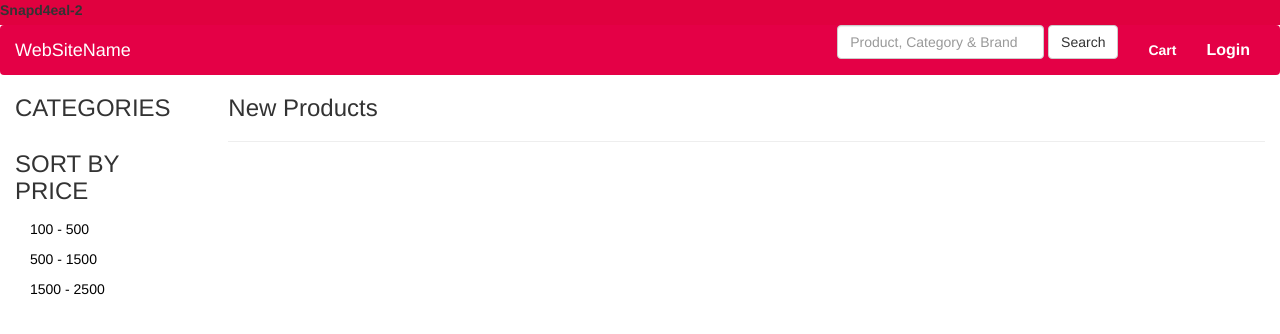
Repository: Aryans26/project
Page: http://localhost/frontend/WEB-INF/views/index.jsp
An editor plug-in stored every save of this project. The page is shown before and after the next save, followed by the edit.
The browser window is 1280 px wide. The pictures show the whole page.
Some web libraries are served in a nearby version. The page is served by Tomcat 9. Nobody is signed in. The template is opened directly, without the code that normally fills it, so the values that code supplies are empty.

Above is the page before, as saved 2017-06-20 10:58:03.

After the next save:
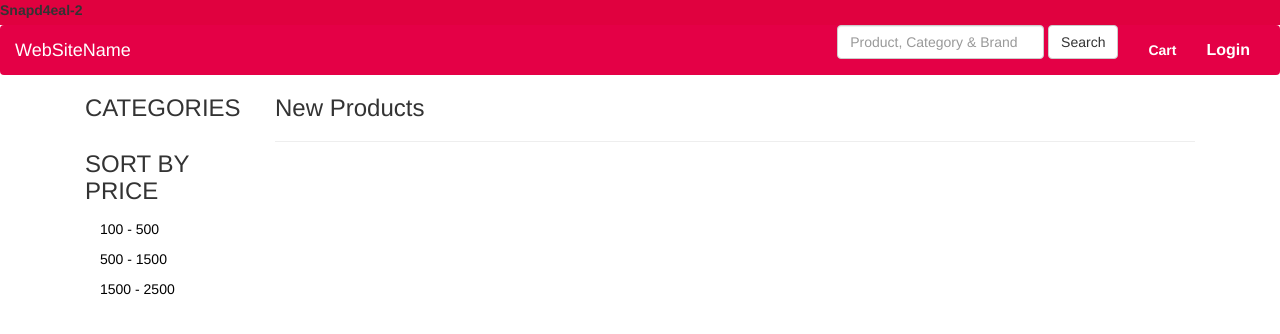
Saved 54 s later.
--- a/frontend/src/main/webapp/WEB-INF/views/allproducts.jsp
+++ b/frontend/src/main/webapp/WEB-INF/views/allproducts.jsp
@@ -18,7 +18,7 @@
 <body>
 
 
-
+<div class="container">
 <div id="" class="col-md-2">
 
 <h3>CATEGORIES</h3>
@@ -85,7 +85,7 @@ New Products
 
 				</div>
 
-
+</div><!-- container end -->
 
 
 
